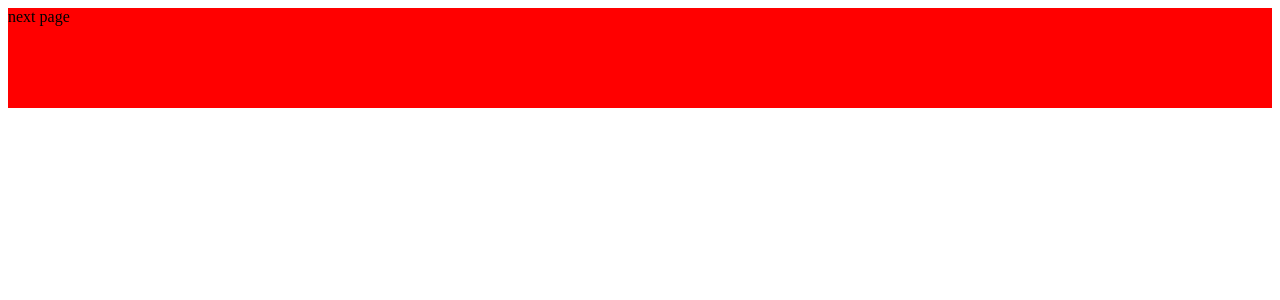
Repository: tcygoodgirl/h5-vue-template
Page: /#/next
An editor plug-in stored every save of this project. The page is shown before and after the next save, followed by the edit.
The browser window is 1280 px wide. The pictures show the whole page.
The project was rebuilt for these pictures with package versions that can differ from the ones it lists, and the page was loaded fresh each time. Also part of the build but not shown: vite.config.ts.

Above is the page before, as saved 2024-10-06 23:12:09.

After the next save:
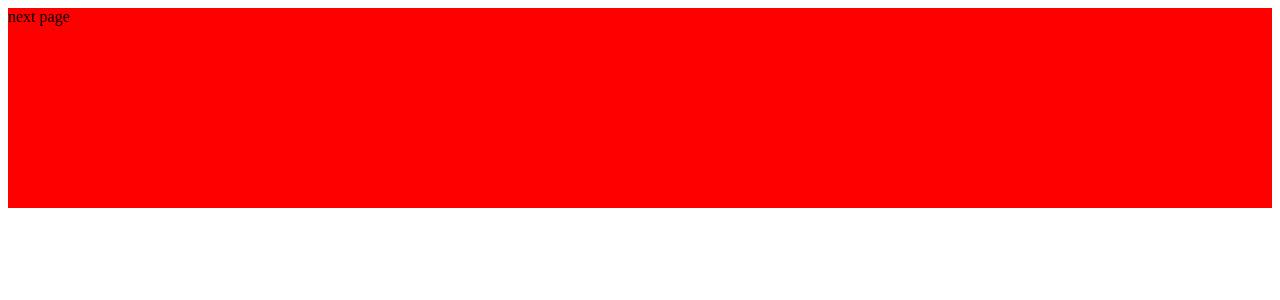
Saved 63 s later.
--- a/src/views/next.vue
+++ b/src/views/next.vue
@@ -4,7 +4,7 @@
 <script setup></script>
 <style lang="scss">
 div {
-	height: 100px;
+	height: 200px;
 	background-color: red;
 }
 </style>
